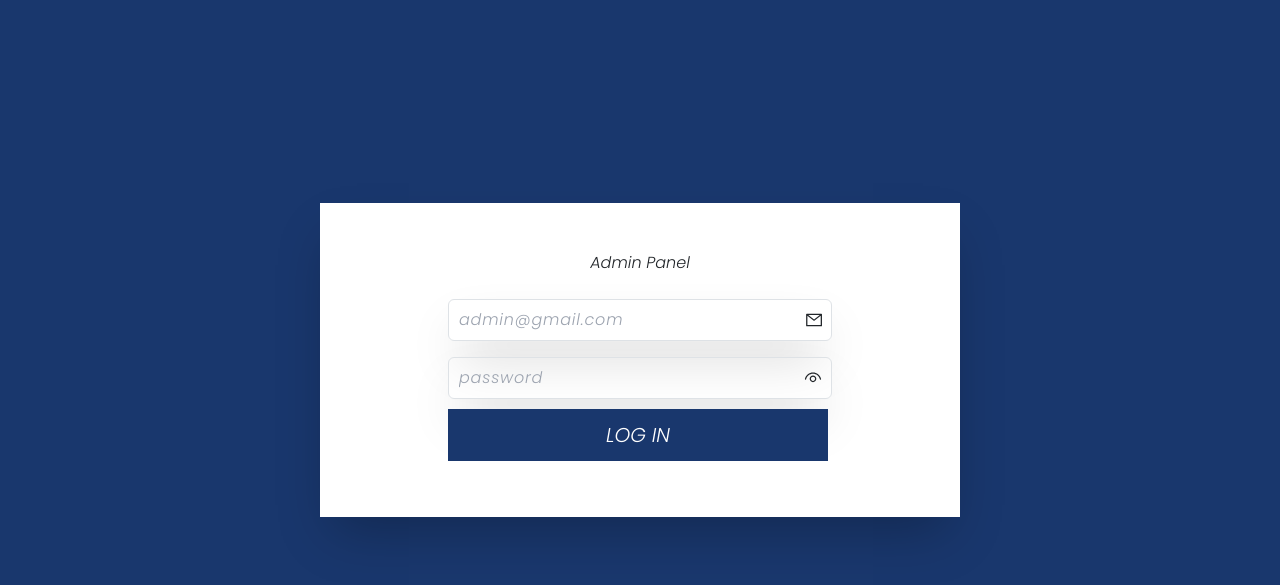
Repository: FlyweisReact/Ankit-Pandey-Admin-Panel
Page: /
The author's editor kept a copy of each file at every save. The page is drawn from the files as they stood at one save, then again after a run of saves.
The browser window is 1280 px wide. The pictures show the whole page.
Some web libraries are served in a nearby version. The project was rebuilt for these pictures with package versions that can differ from the ones it lists, and the page was loaded fresh each time. Also part of the build but not shown: src/Screen/layout/Navbar.jsx, src/Screen/layout/Sidebar.jsx, src/Screen/layout/HOC.jsx, src/Screen/Dashboard.js, src/Screen/EAdminCustomer.js, src/Screen/EAdmin.js.

Above is the page before, as saved 2023-06-16 15:59:51.

After the next 2 saves:
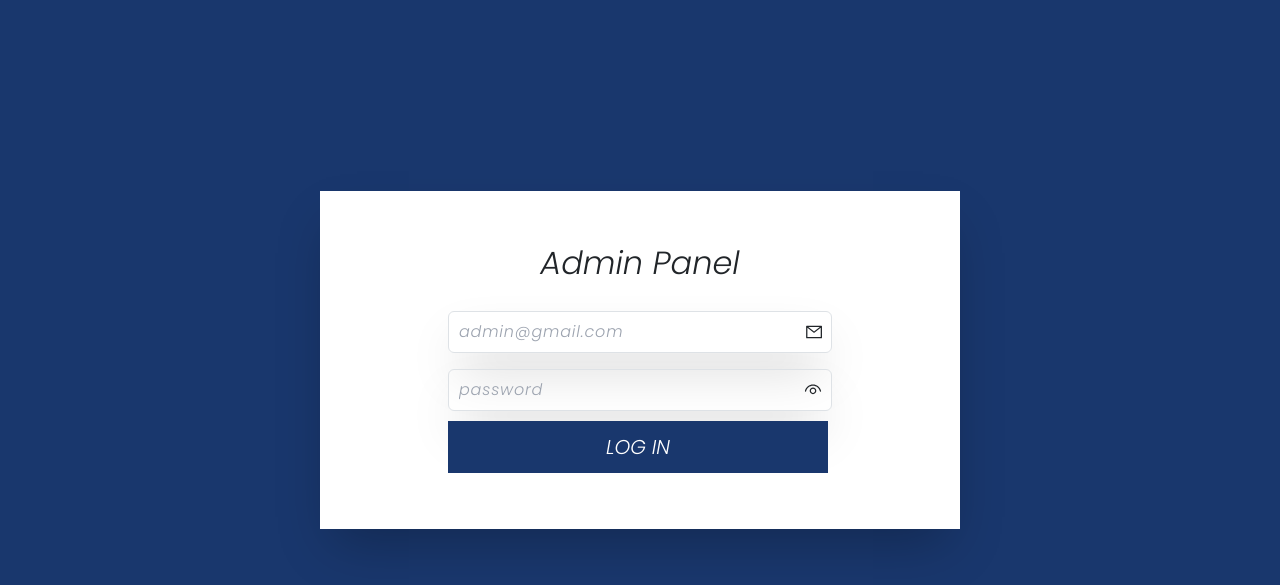
The 2 saves are shown as one change because 1 did not build or start.
The last was saved 66 s later.
--- a/src/Screen/Login.jsx
+++ b/src/Screen/Login.jsx
@@ -41,7 +41,7 @@ const Login = () => {
         style={{ backgroundColor: "#19376d" }}
       >
         <form className="shadow-2xl w-96 mx-3 sm:mx-0 sm:w-4/5 md:w-4/6 lg:w-4/5 xl:w-1/2 flex flex-col items-center bg-white p-5 md:py-10 ">
-          <p>Admin Panel</p>
+          <p style={{fontSize : '2rem'}}>Admin Panel</p>
           <section className="py-2">
             {error ? (
               <div className="dangerBox">
